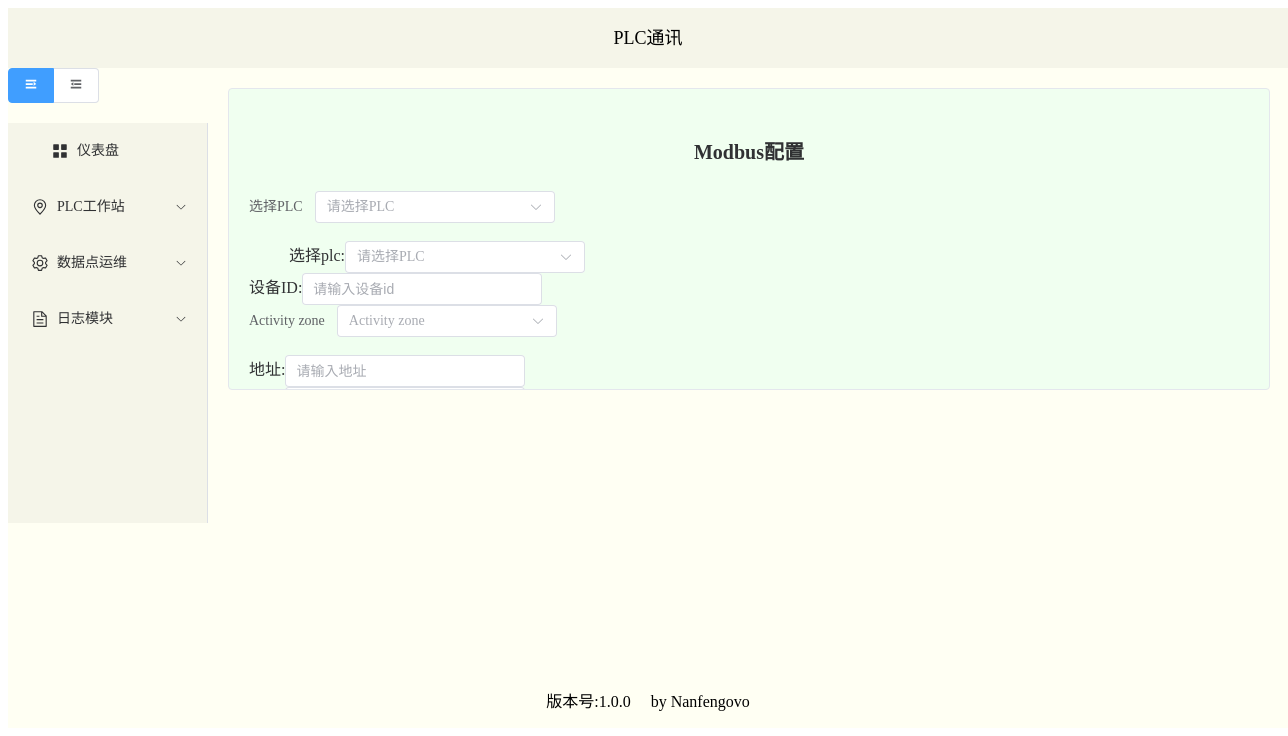
Repository: nanfengovo/HelperWorkStation
Page: /#/frameWork/DataPointOperations/Modbus (app in HelperWorkStation/plchelper-ui/)
The author's editor kept a copy of each file at every save. The page is drawn from the files as they stood at one save, then again after the next save.
The browser window is 1280 px wide. The page is 1288 px wide, so the pictures cover 1288 px, including what lies to the right of the window. The pictures show the whole page.
The project was rebuilt for these pictures with package versions that can differ from the ones it lists, and the page was loaded fresh each time. Also part of the build but not shown: HelperWorkStation/plchelper-ui/vite.config.ts, HelperWorkStation/plchelper-ui/src/views/Login/index.vue.

Above is the page before, as saved 2025-01-28 22:39:17.

### HelperWorkStation/plchelper-ui/index.html
<!DOCTYPE html>
<html lang="">
  <head>
    <meta charset="UTF-8">
    <link rel="icon" href="/icon-park-outline--cpu.png">
    <meta name="viewport" content="width=device-width, initial-scale=1.0">
    <title>PLCHelper Station</title>
  </head>
  <body>
    <div id="app"></div>
    <script type="module" src="/src/main.ts"></script>
  </body>
</html>

<style>
  #app{
    /* display: flex;
    justify-content: center;
    align-items: center; */
    height: 100vh;
    width: 100vw;
  }
</style>

### HelperWorkStation/plchelper-ui/src/main.ts
// import './assets/main.css'

import { createApp } from 'vue'
import ElementPlus from 'element-plus'
import 'element-plus/dist/index.css'
import { createPinia } from 'pinia'

import App from './App.vue'
import * as ElementPlusIconsVue from '@element-plus/icons-vue'
import router from './router'

const app = createApp(App)
app.use(router)
for (const [key, component] of Object.entries(ElementPlusIconsVue)) {
    app.component(key, component)
    }
app.use(ElementPlus)
app.use(createPinia())


app.mount('#app')

### HelperWorkStation/plchelper-ui/src/App.vue
<script setup lang="ts">
import {  RouterView } from 'vue-router'
import FrameWork from './views/FrameWork/index.vue'
import Login from './views/Login/index.vue'
</script>

<template>
  <div class="app">
    <RouterView />
  </div>

  <!-- <RouterView /> -->
</template>

<style scoped>
	html,body,#app{
      height: 100%;
      width: 100%;
	}
  .app{
    height: 100%;
    width: 100%;
  }
</style>

### HelperWorkStation/plchelper-ui/src/router/index.ts
import { createMemoryHistory, createRouter, createWebHashHistory, type RouteRecordRaw } from 'vue-router'
import frameWork from '../views/FrameWork/index.vue';
import Login from '../views/Login/index.vue';
import panel from '../views/FrameWork/layout/panel/index.vue';

// const routes: RouteRecordRaw[] = [];
const routes: Array<RouteRecordRaw> = [
    {
        path: '/',
        redirect: '/login'
    },
    {
        path: '/login',
        name: 'login',
        component: Login
    },
    {
        path: '/frameWork',
        name: '主页',
        component: frameWork,
        children: [
            {
                path: '/framework/panel',
                name: '仪表板',
                component: () => import('../views/FrameWork/layout/panel/index.vue'),
            },
            {
                path: '/frameWork/PLCWorkstation/Modbus',
                name: 'PLC工作站-Modbus',
                component: () => import('../views/FrameWork/layout/PLCWorkstation/Modbus/index.vue'),
            },
            {
                path: '/frameWork/PLCWorkstation/PLC',
                name: 'PLC工作站-PLC配置',
                component: () => import('../views/FrameWork/layout/PLCWorkstation/PLC/index.vue'),
            },
            {
                path: '/frameWork/PLCWorkstation/S7',
                name: 'PLC工作站-S7',
                component: () => import('../views/FrameWork/layout/PLCWorkstation/S7/index.vue'),
            },
            {
                path: '/frameWork/PLCWorkstation/OPC',
                name: 'PLC工作站-OPC',
                component: () => import('../views/FrameWork/layout/PLCWorkstation/OPC/index.vue'),
            },
            {
                path: '/frameWork/PLCWorkstation/FinsTCP',
                name: 'PLC工作站-FinsTCP',
                component: () => import('../views/FrameWork/layout/PLCWorkstation/FinsTCP/index.vue'),
            },
            {
                path: '/frameWork/DataPointOperations/Modbus',
                name: '数据点运维-Modbus',
                component: () => import('../views/FrameWork/layout/DataPointOperations/Modbus/index.vue'),
            },
            {
                path: '/frameWork/DataPointOperations/S7',
                name: '数据点运维-S7',
                component: () => import('../views/FrameWork/layout/DataPointOperations/S7/index.vue'),
            },
            {
                path: '/frameWork/DataPointOperations/Opc',
                name: '数据点运维-Opc',
                component: () => import('../views/FrameWork/layout/DataPointOperations/OPC/index.vue'),
            },
            {
                path: '/frameWork/DataPointOperations/FinsTCP',
                name: '数据点运维-FinsTCP',
                component: () => import('../views/FrameWork/layout/DataPointOperations/FinsTCP/index.vue'),
            },
            {
                path: '/frameWork/Log/Operation',
                name: '用户操作日志',
                component: () => import('../views/FrameWork/layout/Log/Operation/index.vue'),
            },
            {
                path: '/frameWork/Log/ReadWrite',
                name: '数据点读写日志',
                component: () => import('../views/FrameWork/layout/Log/ReadWrite/index.vue'),
            },

        ],


    },
];

const router = createRouter({
    history: createWebHashHistory(),
    routes,
});

export default router;

### HelperWorkStation/plchelper-ui/src/views/FrameWork/index.vue
<template>
    <div class="common-layout">
        <el-container>
            <div class="layout-header">
                <el-header>
                    PLC通讯
                </el-header>
            </div>
            <el-container>
                <el-aside width="200px" height="100vh" >
                    <el-radio-group v-model="isCollapse" style="margin-bottom: 20px">
                        <el-radio-button :value="false"><el-icon><Expand /></el-icon></el-radio-button>
                        <el-radio-button :value="true"><el-icon><Fold /></el-icon></el-radio-button>
                    </el-radio-group>
                    <el-menu
                        background-color="#f5f5e9"
                        default-active="1"
                        class="el-menu-vertical-demo"
                        :collapse="isCollapse"
                        @open="handleOpen"
                        @close="handleClose"
                        router
                    >
                        <el-menu-item index="/frameWork/panel">
                            <el-menu-item >
                                <el-icon><icon-menu /></el-icon>
                                <template #title>仪表盘</template>
                            </el-menu-item>
                        </el-menu-item>
                        <el-sub-menu index="2">
                        <template #title>
                            <el-icon><location /></el-icon>
                            <span>PLC工作站</span>
                        </template>
                        <el-menu-item-group >
                            <el-menu-item index="/frameWork/PLCWorkstation/PLC">PLC配置</el-menu-item>
                            <el-menu-item index="/frameWork/PLCWorkstation/Modbus">Modbus模块</el-menu-item>
                            <el-menu-item index="/frameWork/PLCWorkstation/S7">S7模块</el-menu-item>
                            <el-menu-item index="/frameWork/PLCWorkstation/OPC">OPC模块</el-menu-item>
                            <el-menu-item index="/frameWork/PLCWorkstation/FinsTCP">FinsTCP模块</el-menu-item>
                        </el-menu-item-group>
                        </el-sub-menu>
                        <el-sub-menu index="3">
                        <template #title>
                            <el-icon><Setting /></el-icon>
                            <span>数据点运维</span>
                        </template>
                        <el-menu-item-group >
                            <el-menu-item index="/frameWork/DataPointOperations/Modbus">Modbus数据点配置</el-menu-item>
                            <el-menu-item index="/frameWork/DataPointOperations/S7">S7数据点配置</el-menu-item>
                            <el-menu-item index="/frameWork/DataPointOperations/Opc">OPC数据点配置</el-menu-item>
                            <el-menu-item index="/frameWork/DataPointOperations/FinsTCP">FinsTCP数据点模块</el-menu-item>
                        </el-menu-item-group>
                        </el-sub-menu>
                        <el-sub-menu index="4">
                        <template #title>
                            <el-icon><Document /></el-icon>
                            <span>日志模块</span>
                        </template>
                        <el-menu-item-group >
                            <el-menu-item index="/frameWork/Log/Operation">操作日志</el-menu-item>
                            <el-menu-item index="/frameWork/Log/ReadWrite">读写日志</el-menu-item>
                        </el-menu-item-group>
                        </el-sub-menu>
                    </el-menu>
                </el-aside>
                    <el-container>
                        <el-main>
                            <!-- <div class="main-header"> -->
                            <!-- <div class="main-header-breadcrumb"> -->
                                <!-- 面包屑 -->
                                <!-- <el-breadcrumb :separator-icon="ArrowRight"
                                                style="cursor: pointer; margin: 10px 0; display:inline-block;margin-left: 10px; ">
                                                <el-breadcrumb-item  >面包屑导航</el-breadcrumb-item>
                                </el-breadcrumb>
                            </div> -->
                            <!-- <div class="main-header-tab">
                                <el-tab>
                                    <el-tabs
                                    v-model="tablist"
                                    type="card"
                                    editable
                                    class="demo-tabs"
                                    @tab-click="pushTo"
                                >
                                    <el-tab-pane
                                    v-for="item in tablist"
                                    :key="item.name"
                                    :label="item.name"
                                    :name="item.name"
                                    >
                                    {{ item.path }}
                                    </el-tab-pane>
                                </el-tabs>
                                </el-tab>
                            </div> -->
                        <!-- </div> -->
                            <RouterView/>
                        </el-main>
                    </el-container>
            </el-container>
                <el-footer class="fixed-footer" >
                    <span>版本号:{{SoftVersion}}</span>&nbsp;&nbsp;&nbsp;&nbsp;
                    <span>by {{ SoftAuthor }}</span>
                </el-footer>
        </el-container>
    </div>
</template>

<script lang="ts" setup>
import { ref } from 'vue'
import { useRouter } from 'vue-router';
import routes from '../../router/index';
import {
    Document,
    Menu as IconMenu,
    Location,
    Setting,
    ArrowRight,
} from '@element-plus/icons-vue'
import type { TabPaneName } from 'element-plus'



const SoftVersion = ref('1.0.0')
const SoftAuthor = ref('Nanfengovo')


import { useRoute } from 'vue-router'
import router from '../../router/index';
const route = useRoute()
const pathList = ref()

console.log('route', route)// 获取当前路由
console.log('route.matched', route.matched)// 获取当前路由匹配到的路由记录
console.log('route.matched[0].children', route.matched[0].children)// 获取当前路由匹配到的路由记录

const tablist = ref(route.matched[0].children)
const isCollapse = ref(false)

let tabIndex = 1;

// const pushTo = (tab: TabPaneName) => {
//     router.push(tab)
// }


</script>

<style>
.el-menu-vertical-demo:not(.el-menu--collapse) {
    width: 200px;
    min-height: 400px;
}
.layout-header {
    background-color: #f5f5e9;
    color: black;
    text-align: center;
    line-height: 60px;
    font-size: 18px;
}

.common-layout{
    display: flex;
    flex-direction: column;
    min-height: 100vh;
    background-color: #fffff3;
}
.fixed-footer {
    background-color: #fffff3; /* 根据需要设置背景颜色 */
    padding: 10px; /* 根据需要设置内边距 */
    text-align: center; /* 根据需要设置文本对齐方式 */
    margin-bottom: 20px;
    height: 30px;
    font-size: 16px;
}
.main-header{
    border: red 1px solid;
    width: 100%;
    height: 30px;
}
/* .main-header-breadcrumb{
    border: green 1px solid;
    margin: 10px;
    width: 100%;
    height: 30px;
} */
.main-header-tab
{
    border: blue 1px solid;
    width: 100%;
    height: 30px;
}
.demo-tabs {
    border: 1px solid orangered;
    width: 60px;
    height: 30px;
    border-radius: 4px;
}
.demo-tabs>.el-tab-pane {
    border-bottom: 1px solid #ebeef5;
}
</style>

### HelperWorkStation/plchelper-ui/src/views/FrameWork/layout/DataPointOperations/Modbus/index.vue
<template>
    <div class="modbus">
        <el-card class="modbus-card" shadow="hover">
            <div class="modbus-header">
                <div class="card-top-top">
                        <h4>Modbus配置</h4>
                </div>
                <el-form :model="modbusConfig" class="modbusConfig-form">
                    <el-form-item label = "选择PLC">
                        <el-select v-model="PLCList" placeholder="请选择PLC" style="width: 240px"/>
                    </el-form-item>
                </el-form>
                <div class="card-top-content">
                        <div class="content-plc">
                            <label>选择plc:</label>
                            <el-select v-model="PLCList" placeholder="请选择PLC" style="width: 240px">
                            </el-select>
                        </div>
                        <div class="content-saliveId">
                            <label>设备ID:</label>
                            <el-input
                                v-model="inputSaliveId"
                                style="width: 240px"
                                placeholder="请输入设备id"
                                clearable
                            />
                        </div>
                        <!-- <el-form-item label="Function code" >
                            <el-select
                                v-model="formInline.region"
                                placeholder="请选择功能码"
                                clearable
                            >
                                <el-option label="01 Read Coils（0x）" value="01 Read Coils（0x）" />
                                <el-option value="02 Read Discrete Inputs (1x)" />
                                <el-option value="03 Read Holding Registers (4x)" />
                                <el-option value="04 Read Input Registers (3x)" />
                                <el-option value="05 Write Single Coil" />
                                <el-option value="06 Write Single Register" />
                                <el-option value="15 Write Multiple Coils" />
                                <el-option value="16 WriteMultipleRegisters" />
                            </el-select>
                        </el-form-item> -->
                        <el-form :inline="true" :model="formInline" class="demo-form-inline">
                            <el-form-item label="Activity zone" >
                            <el-select
                                v-model="formInline.region"

                                placeholder="Activity zone"
                                clearable
                            >
                                <el-option label="Zone one" value="shanghai" />
                                <el-option label="Zone two" value="beijing" />
                            </el-select>
                        </el-form-item>
                        </el-form>

                        <div class="content-address">
                            <label>地址:</label>
                            <el-input
                                v-model="inputAddress"
                                style="width: 240px"
                                placeholder="请输入地址"
                                clearable
                            />
                        </div>
                        <div class="content-quantity">
                            <label>数量:</label>
                            <el-input
                                v-model="inputQuantity"
                                style="width: 240px"
                                placeholder="请输入数量"
                                clearable
                            />
                        </div>
                        <div class="btn-save" v-on:click="save">
                            <el-button type="primary" >保存</el-button>
                        </div>
                        <div class="btn-cancel" v-on:click="cancel">
                            <el-button >取消</el-button>
                        </div>
                    </div>
            </div>

        </el-card>
    </div>
</template>
<script setup lang = "ts">
import { reactive, ref } from 'vue';

const inputPort = ref('');
const inputSaliveId = ref('');
const PLCList = ref([]);



const formInline = reactive({
  user: '',
  region: '',
  date: '',
})
</script>

<style >
.modbus-card{
    width: 100%;
    height: 300px;
    background-color: #F0FFF0;
}
.card-top-top h4{
    font-size: 20px;
    font-weight: bold;
    text-align: center;
}
.content-plc{
    margin-left: 40px;
}
.demo-form-inline .el-select {
    --el-select-width: 220px;
}</style>

After the next save:
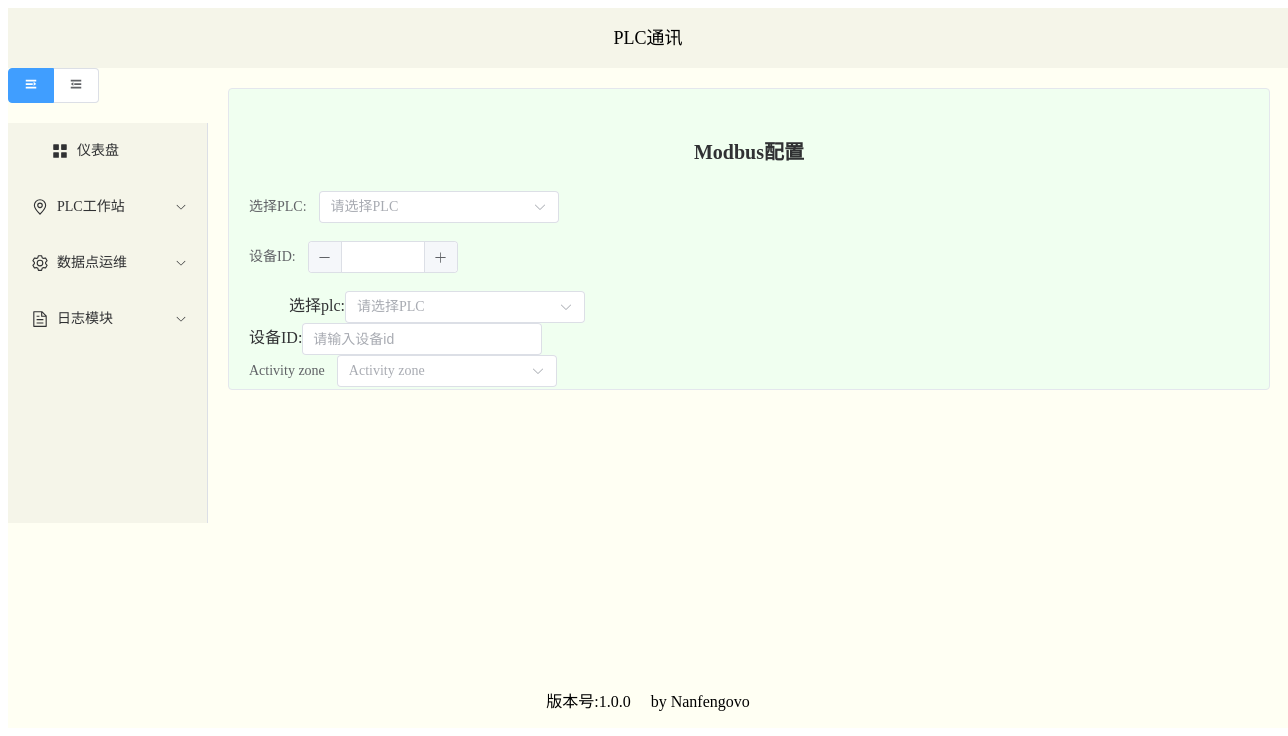
Saved 2 min 56 s later.
--- a/HelperWorkStation/plchelper-ui/src/views/FrameWork/layout/DataPointOperations/Modbus/index.vue
+++ b/HelperWorkStation/plchelper-ui/src/views/FrameWork/layout/DataPointOperations/Modbus/index.vue
@@ -6,9 +6,13 @@
                         <h4>Modbus配置</h4>
                 </div>
                 <el-form :model="modbusConfig" class="modbusConfig-form">
-                    <el-form-item label = "选择PLC">
+                    <el-form-item label = "选择PLC:">
                         <el-select v-model="PLCList" placeholder="请选择PLC" style="width: 240px"/>
                     </el-form-item>
+                    <el-form-item label = "设备ID:">
+                        <el-input-number v-model="num" :min="1" :max="32" @change="handleChange" />
+                    </el-form-item>
+
                 </el-form>
                 <div class="card-top-content">
                         <div class="content-plc">
